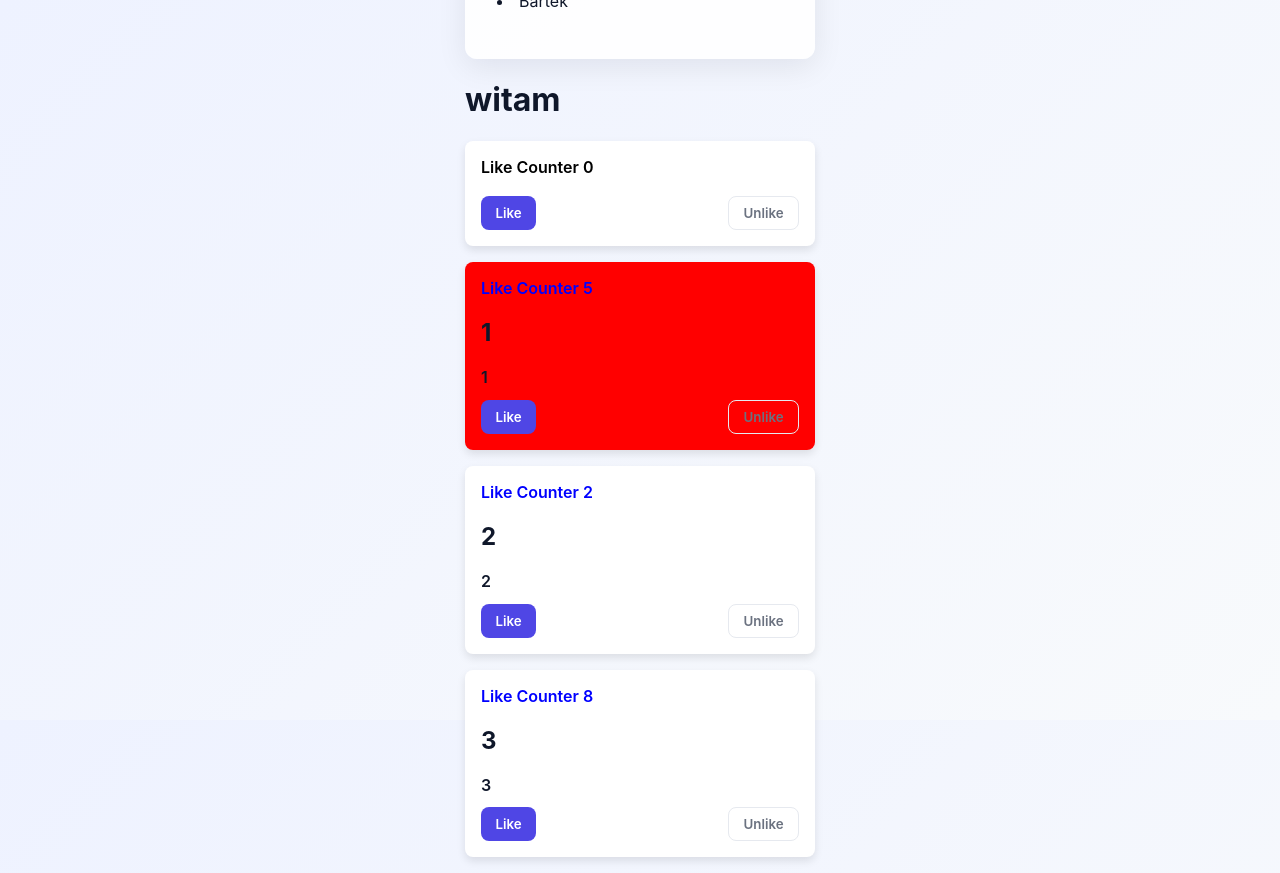
Repository: KrystianTrzy/reactapt
Page: /
An editor plug-in stored every save of this project. The page is shown before and after the next save, followed by the edit.
The browser window is 1280 px wide. The pictures show the whole page.
The project was rebuilt for these pictures with package versions that can differ from the ones it lists, and the page was loaded fresh each time.

Above is the page before, as saved 2025-11-22 09:40:09.

After the next save:
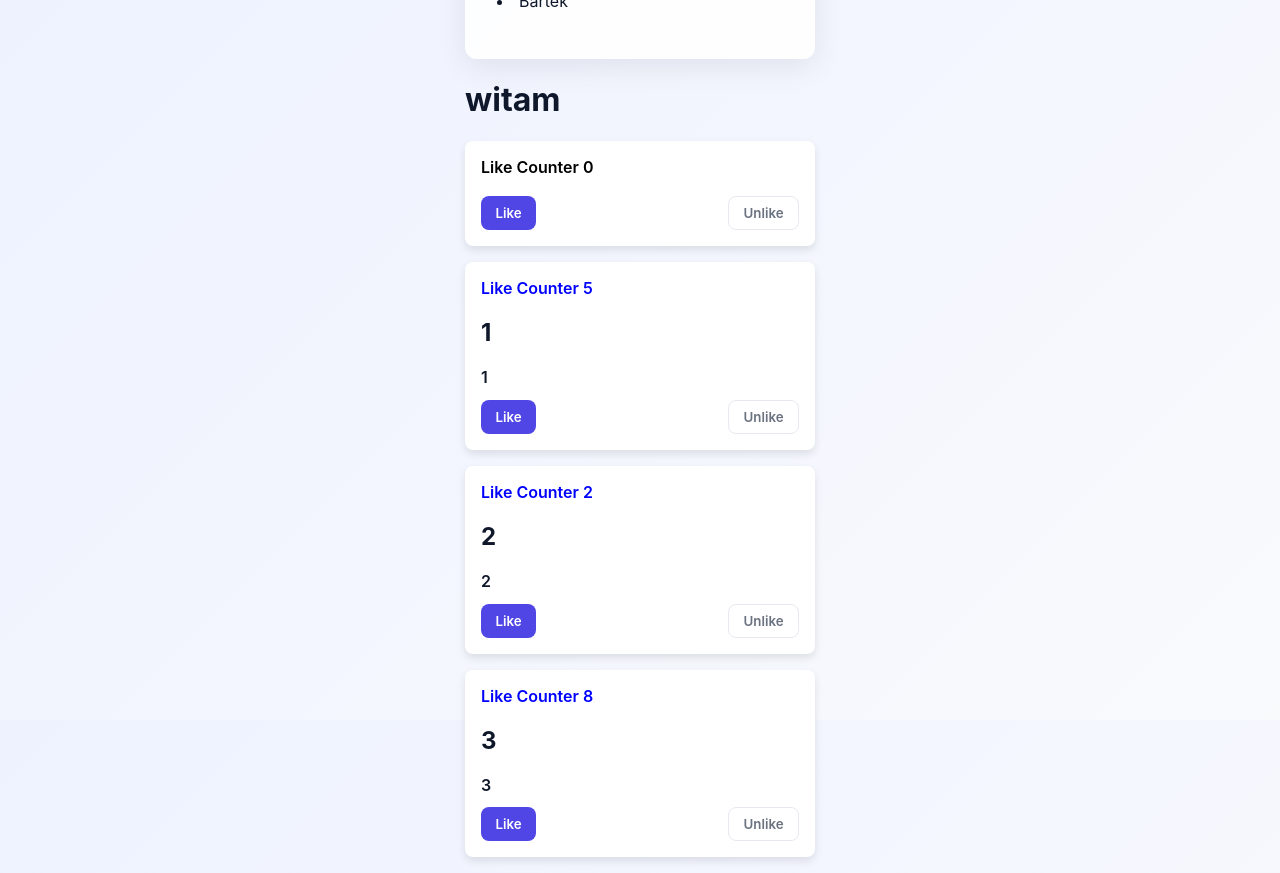
Saved 21 s later.
--- a/src/index.js
+++ b/src/index.js
@@ -12,7 +12,7 @@ root.render(
       <h1>witam</h1>
       <LikeCounter />
       <LikeCounter
-        color="red"
+        color=""
         title="1"
         description="1"
         count ="5"
